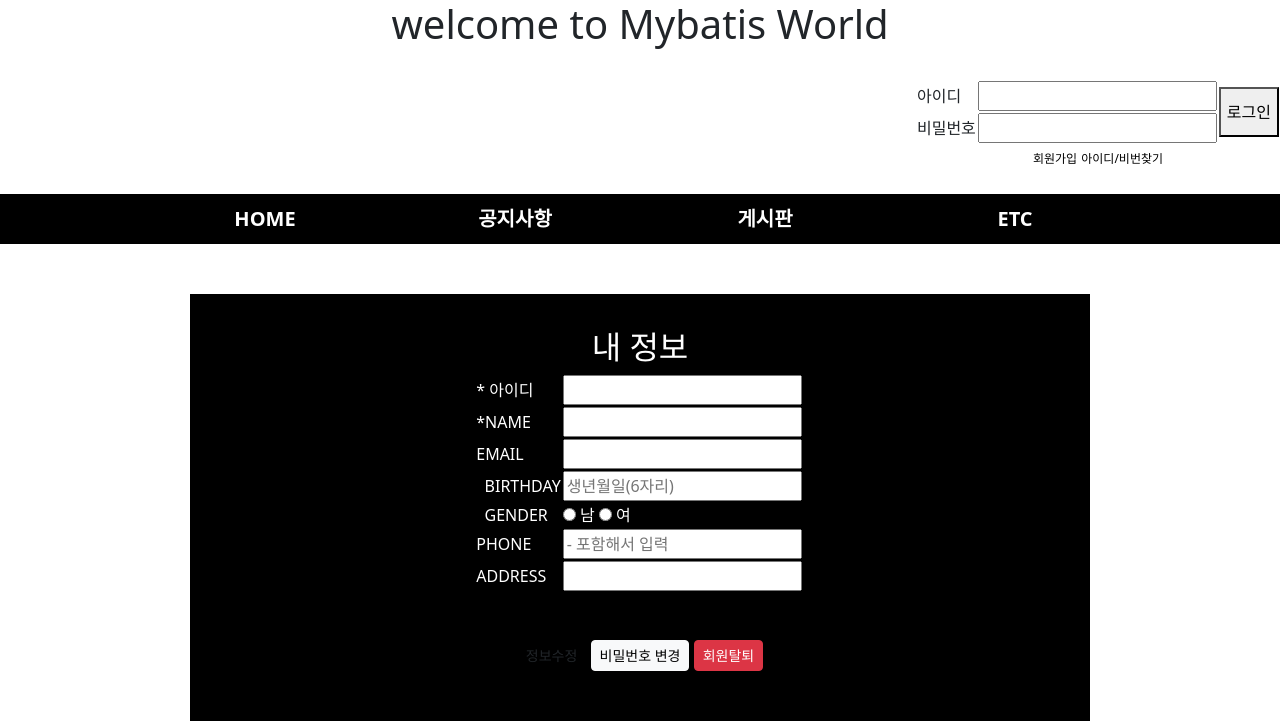
Repository: eru2/Study
Page: http://localhost/mybatisProject/views/member/myPage.jsp
The author's editor kept a copy of each file at every save. The page is drawn from the files as they stood at one save, then again after the next save.
The browser window is 1280 px wide. The pictures show the whole page.
The page is served by Tomcat 10.

Above is the page before, as saved 2025-03-06 08:27:18.
Console error: ReferenceError: interest is not defined

After the next save:
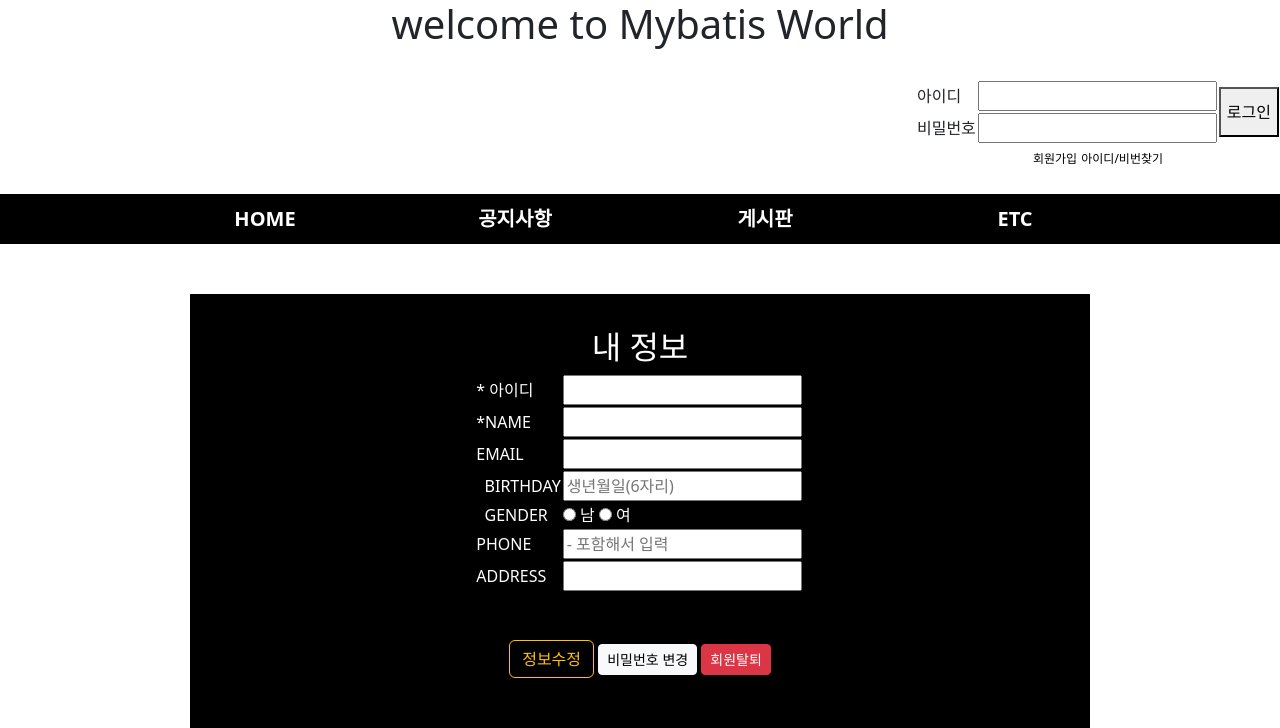
Saved 29 s later.
--- a/08_MyBatis/mybatisProject/src/main/webapp/views/member/myPage.jsp
+++ b/08_MyBatis/mybatisProject/src/main/webapp/views/member/myPage.jsp
@@ -88,7 +88,7 @@
 			<br><br>
 
 			<div align="center">
-				<button type="submit" class="btn btn-sm btn-yellow">정보수정</button>
+				<button type="submit" class="btn btn-outline-warning">정보수정</button>
 				<button type="button" class="btn btn-sm btn-light" data-bs-toggle="modal" data-bs-target="#update-pwd-modal">비밀번호 변경</button>
 				<button type="button" class="btn btn-sm btn-danger" data-bs-toggle="modal" data-bs-target="#delete-member-modal">회원탈퇴</button>
 			</div>
